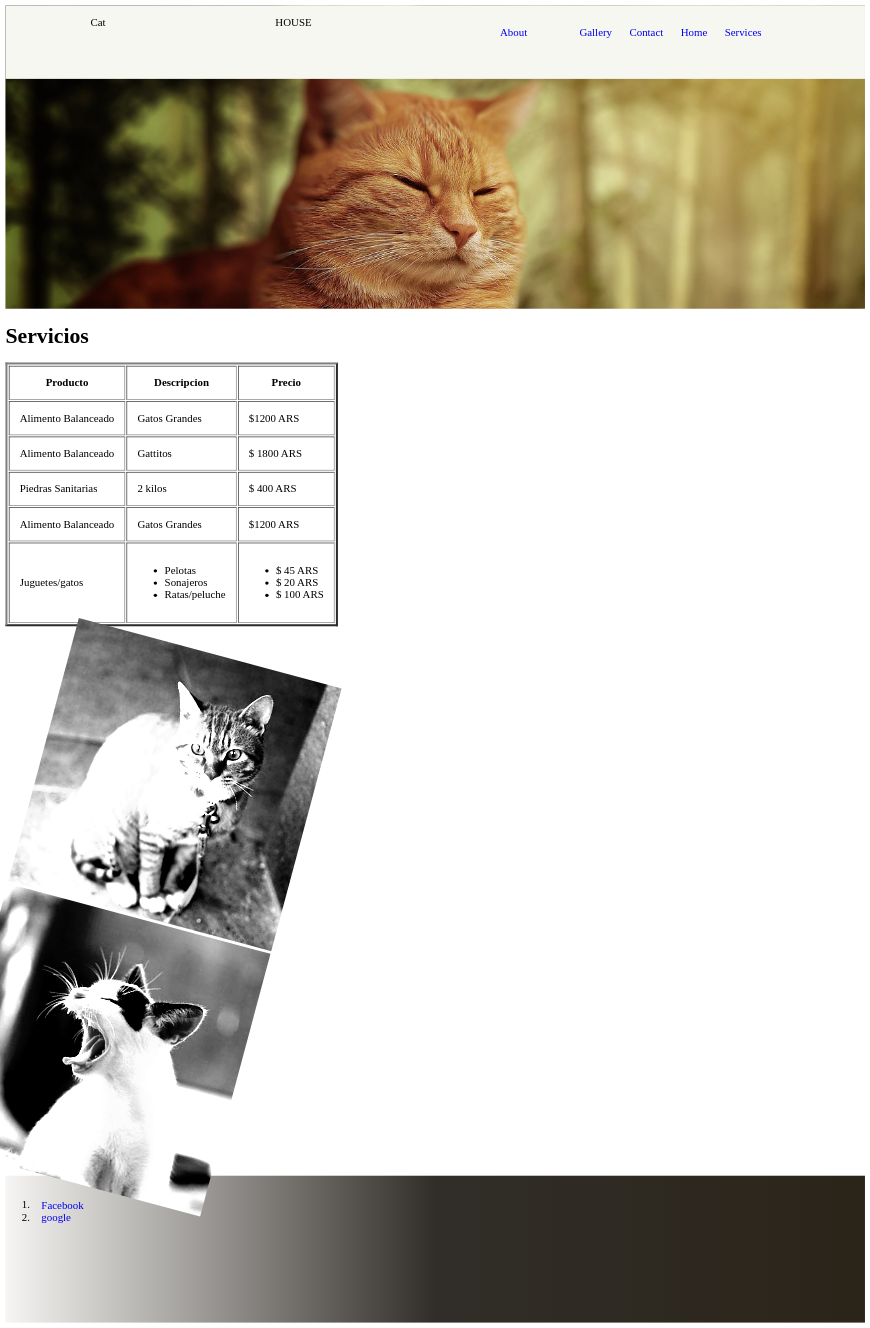
Repository: raul4264/final
Page: Services.html
An editor plug-in stored every save of this project. The page is shown before and after the next save, followed by the edit.
The browser window is 1280 px wide. The pictures show the whole page, at 68% of full size.

Above is the page before, as saved 2021-04-02 09:27:10.

### Services.html
<!DOCTYPE html>
<html lang="en">

<head>
    <meta charset="UTF-8">
    <meta http-equiv="X-UA-Compatible" content="IE=edge">
    <meta name="viewport" content="width=device-width, initial-scale=1.0">
    <title>Services</title>
    <link href="css/services.css" rel="stylesheet" type="text/css">
</head>

<body>

    <body>

            <header>
                <div class="banner">

                    <nav id="nav">

                        <div class="item1">
                            <p class="h5">Cat</p>
                        </div>

                        <div class="item2">
                            <p class="h4">HOUSE</p>
                        </div>


                        <ul class="item3">
                            <li class=""><a href="about.html">About</li>
                            <li class=""><a href="Gallery.html">Gallery</a></li>
                            <li class=""><a href="Contact.html">Contact</a></li>
                            <li class=""><a href="index.html">Home</a></li>
                            <li class=""><a href="Services.html ">Services</a></li>
                        </ul>
                    </nav>
                </div>

            </header>





            <h1>Servicios</h1>
            <section class="table">

                <table border="3px" cellpadding="15px">
                    <tr>
                        <th>Producto</th>
                        <th>Descripcion</th>
                        <th>Precio</th>
                    </tr>
                    <tr>
                        <td>Alimento Balanceado</td>
                        <td>Gatos Grandes</td>
                        <td> $1200 ARS</td>
                    </tr>
                    <tr>
                        <td>Alimento Balanceado</td>
                        <td>Gattitos</td>
                        <td>$ 1800 ARS</td>
                    </tr>
                    <tr>
                        <td>Piedras Sanitarias</td>
                        <td>2 kilos</td>
                        <td>$ 400 ARS</td>
                    </tr>
                    <tr>
                        <td>Alimento Balanceado</td>
                        <td>Gatos Grandes</td>
                        <td>$1200 ARS</td>
                    </tr>
                    <tr>
                        <td>Juguetes/gatos</td>
                        <td>
                            <ul>
                                <li>Pelotas</li>
                                <li>Sonajeros</li>
                                <li>Ratas/peluche</li>
                            </ul>
                        </td>
                        <td>
                            <ul>
                                <li>$ 45 ARS</li>
                                <li>$ 20 ARS</li>
                                <li>$ 100 ARS</li>
                            </ul>
                        </td>
                    </tr>
                </table>
                <div id="fotos">
                    <img src="images/3.jpg">
                    <img src="images/2.jpg">

                </div>
            </section>










            <footer>
                <br>

                <ol>
                    <li><a href="http://www.facebook.com" target="blanck">Facebook</a>

                    </li>
                    <li><a href="http://www.google.com" target="blanck">google</a>

                    </li>
                </ol>
                <br>
            </footer>
    </body>

</html>

### css/services.css


#nav {
    display: flex;
    background-color: rgb(247, 247, 241);
    justify-content: space-around;
    height: 15vh;
}

.banner {
    background: url(../images/1.jpg) no-repeat 0px 0px;
    background-size: cover;
    padding: 0em 0 4em;
    height: 53vh;
}


.item3 {
    display: flex;
    list-style: none;
    padding: 2vh;
}

  a {
    text-decoration: none;
    padding: 1vw;
}

.li {
    padding: 10px;
}

















#fotos {
    width: 200px;
    transform: rotate(15deg);
    filter: contrast(1.8) brightness(1.5) grayscale(1)
}

#fotos:hover {
   transform: rotate(15deg );
    /* transform: translate(22px 50px); */

}

footer {
    height: 30vh;
    background: rgb(34, 34, 33);
    background: linear-gradient(90deg, rgb(247, 245, 243) 0%, rgba(48, 45, 40, 0.995) 50%, rgb(43, 36, 25) 100%);
}

After the next save:
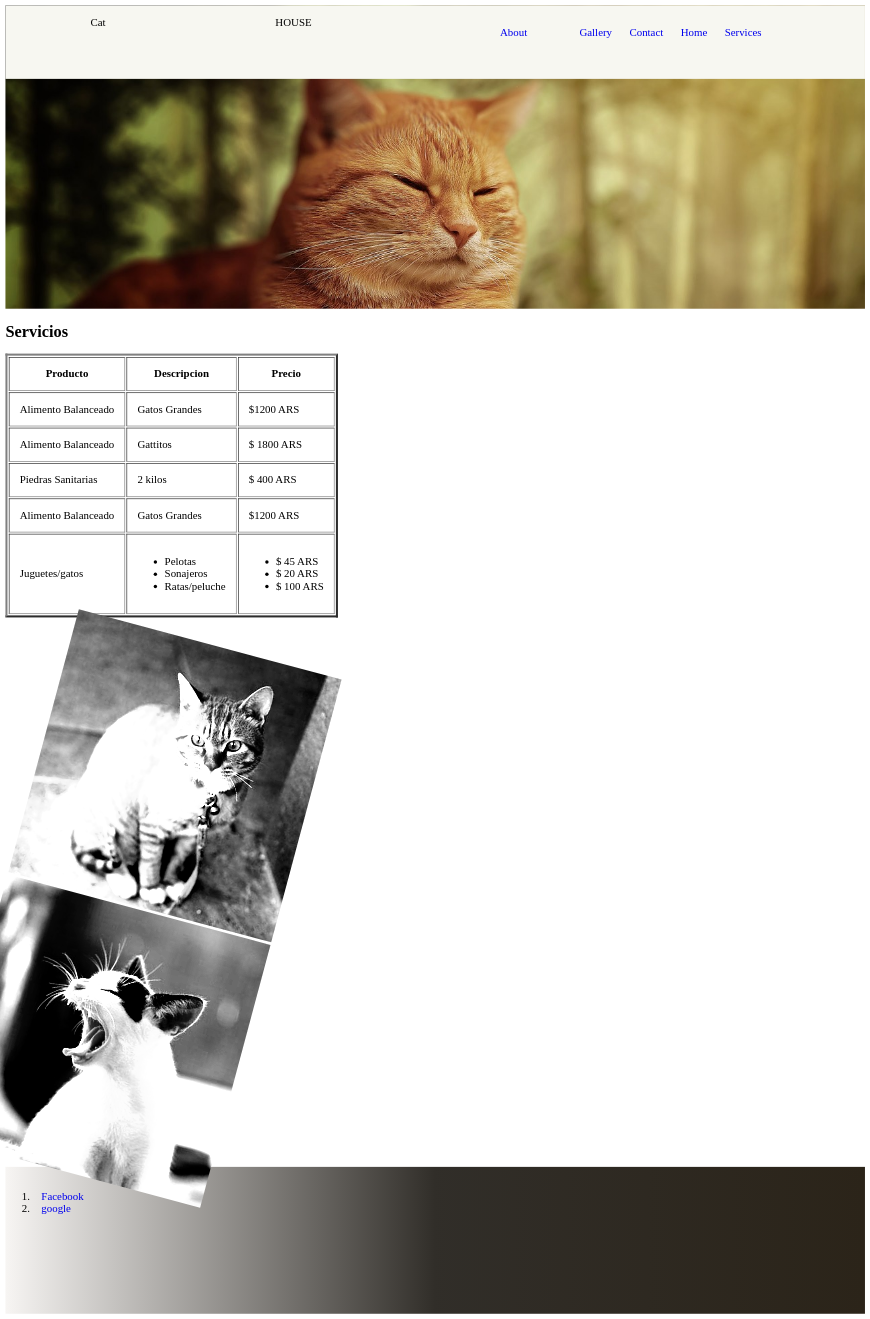
Saved 43 s later.
--- a/Services.html
+++ b/Services.html
@@ -43,9 +43,9 @@
 
 
 
-            <h1>Servicios</h1>
-            <section class="table">
 
+            <section class="servicios">
+                <h1>Servicios</h1>
                 <table border="3px" cellpadding="15px">
                     <tr>
                         <th>Producto</th>
